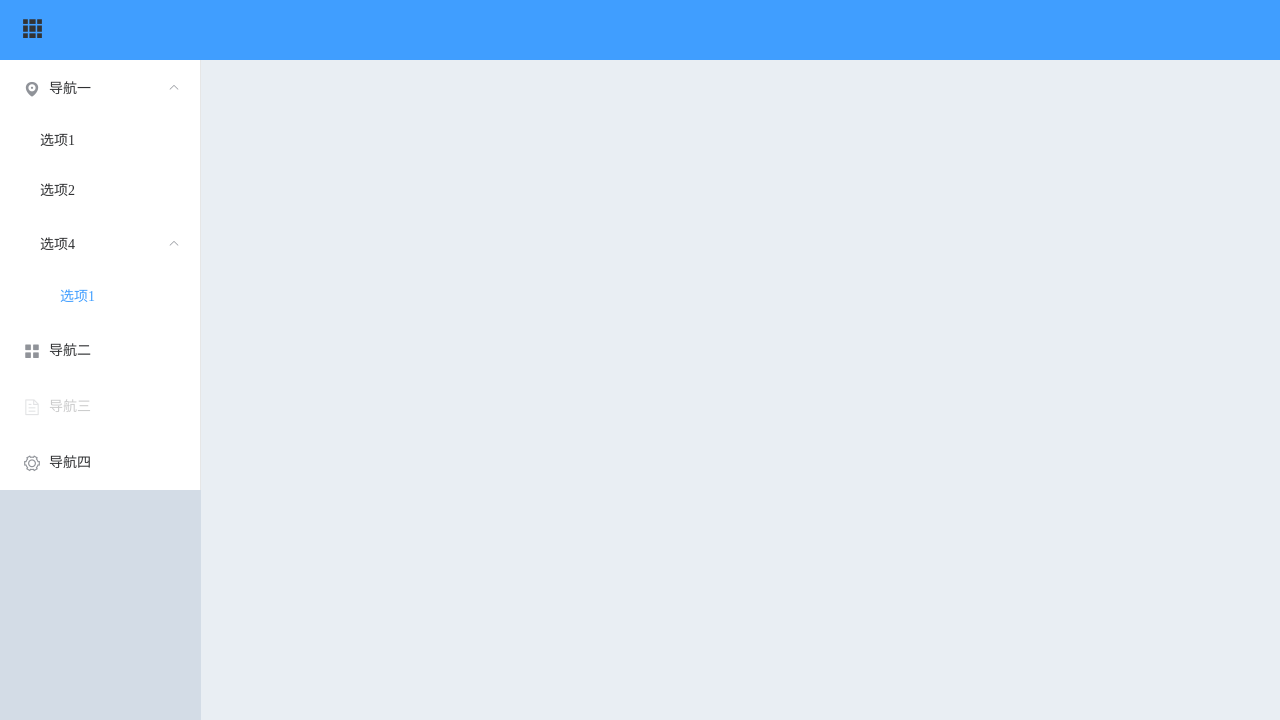
Repository: 960519152/elementui-demo-byf
Page: /
The author's editor kept a copy of each file at every save. The page is drawn from the files as they stood at one save, then again after the next save.
The browser window is 1280 px wide. The pictures show the whole page.
The project was rebuilt for these pictures with package versions that can differ from the ones it lists, and the page was loaded fresh each time. Also part of the build but not shown: src/components/HelloWorld.vue, src/components/Tx.vue, src/components/Tes.vue.

Above is the page before, as saved 2019-05-14 10:59:14.

### index.html
<!DOCTYPE html>
<html>

<head>
  <meta charset="utf-8">
  <meta name="viewport" content="width=device-width,initial-scale=1.0">
  <link rel="stylesheet" type="text/css" href="./static/css/base.css" />
  <title>vue-examine-backend</title>
</head>

<body style=" overflow-x: hidden;">
  <div id="app"></div>
  <!-- built files will be auto injected -->
</body>
</html>

### src/main.js
// The Vue build version to load with the `import` command
// (runtime-only or standalone) has been set in webpack.base.conf with an alias.
import Vue from 'vue'
import App from './App'
import router from './router' //路由
import ElementUI from 'element-ui'; //饿了么UI
import 'element-ui/lib/theme-chalk/index.css';  //饿了么UI

Vue.config.productionTip = false
Vue.use(ElementUI); //饿了么UI



/* eslint-disable no-new */
new Vue({
  el: '#app',
  router,
  components: { App },
  template: '<App/>'
})

### src/App.vue
<template>
  <div id="app">
    <router-view></router-view>
  </div>
</template>

<script>
  export default {
    name: 'app',
    methods: {

    }
  }

</script>

<style scoped lang="scss">
  #app {
    position: absolute;
    width: 100%;
    height: 100%;
  }
</style>

### src/router/index.js
import Vue from 'vue'
import Router from 'vue-router'
import HelloWorld from '@/components/HelloWorld'
import Home from '@/components/Home'
import Tx from '@/components/Tx'
import Tes from '@/components/Tes'

Vue.use(Router)

export default new Router({
  routes: [
    {
      path: '/',
      name: '主要菜单',
      component: Home,
      iconCls: 'el-icon-platform-eleme',
      children: [
        { path: '/Tx', component: Tx, name: '菜单1' },
        { path: '/Tes', component: Tes, name: '菜单2' }
      ]
    },
    {
      path: '/',
      name: 'HelloWorld',
      leaf: true,//只有一个节点
      component: Home,
      iconCls: 'el-icon-s-home',
      children: [
        { path: '/HelloWorld', component: HelloWorld, name: '单独的' },
      ]
    }
  ]
})

### src/components/Home.vue
<template>
  <div id="app">
    <el-container class="menu">
      <el-header class="header">
        <i class="el-icon-s-grid menumedia" @click="k"></i>
      </el-header>
      <el-container>
        <el-aside>
          <!-- <el-row class="tac">
            <el-col :span="24">
              <div class="div-logo">
                <img src="../../static/image/logo.png">
              </div>



              <el-menu :default-active="$route.path" class="el-menu-vertical-demo" unique-opened router v-show="true"
                @open="handleOpen" @close="handleClose" :collapse="isCollapse">
                <template v-for="(item,index) in $router.options.routes" v-if="!item.hidden">
                  <el-submenu :index="index+''" v-if="!item.leaf">
                    <template slot="title">
                      <i :class="item.iconCls"></i>
                      <span slot="title">{{item.name}}</span>
                    </template>
                    <el-menu-item v-for="child in item.children" :index="child.path" :key="child.path"
                      v-if="!child.hidden"> <span slot="title"> {{child.name}}</span></el-menu-item>
                  </el-submenu>
                  <el-menu-item v-if="item.leaf&&item.children.length==1" :index="item.children[0].path">
                    <i :class="item.iconCls"></i>
                    <span slot="title"> {{item.children[0].name}}</span>
                  </el-menu-item>
                </template>
              </el-menu>
            </el-col>
          </el-row> -->
          <el-menu default-active="1-4-1" class="el-menu-vertical-demo" @open="handleOpen" @close="handleClose" router :collapse="isCollapse">
  <el-submenu index="1">
    <template slot="title">
      <i class="el-icon-location"></i>
      <span slot="title">导航一</span>
    </template>
     <el-menu-item index="1-1">选项1</el-menu-item>
     <el-menu-item index="1-2">选项2</el-menu-item>
    <el-submenu index="1-4">
      <span slot="title">选项4</span>
      <el-menu-item index="1-4-1">选项1</el-menu-item>
    </el-submenu>
  </el-submenu>
  <el-menu-item index="2">
    <i class="el-icon-menu"></i>
    <span slot="title">导航二</span>
  </el-menu-item>
  <el-menu-item index="3" disabled>
    <i class="el-icon-document"></i>
    <span slot="title">导航三</span>
  </el-menu-item>
  <el-menu-item index="4">
    <i class="el-icon-setting"></i>
    <span slot="title">导航四</span>
  </el-menu-item>
</el-menu>
        </el-aside>
        <el-main>
          <router-view></router-view>
        </el-main>
      </el-container>
    </el-container>
  </div>
</template>

<script>
  export default {
    name: "Home",
    data() {
      return {
        isCollapse: false
      }
    },
    methods: {
      handleOpen(key, keyPath) {
        console.log(key, keyPath);
      },
      handleClose(key, keyPath) {
        console.log(key, keyPath);
      },
      k(){
        if(this.isCollapse){
          this.isCollapse=false
        }else{
          this.isCollapse=true
        }
      }
    },
    watch:{
      isCollapse(){
        console.log(this.isCollapse);
      }
    }
  };

</script>

<style scoped lang="scss">
  @import "../../static/css/base.scss";

  .menu {
    width: 100%;
    height: 100%;
  }

  .div-logo {
    width: 100%;
    height: 135px;

    img {
      width: 45%;
    }
  }

  .header {
    font-size: 25px;
    text-align: left !important;
  }

  // .left-aside {
  //   width: 200px !important;
  //   overflow-x: hidden;
  // }

  .el-header,
  .el-footer {
    background-color: #b3c0d1;
    color: #333;
    text-align: center;
    line-height: 60px;
  }

  .el-aside {
    background-color: #d3dce6;
    color: #333;
    text-align: center;
    line-height: 200px;
  }

  .el-main {
    background-color: #e9eef3;
    color: #333;
    text-align: center;
    line-height: 160px;
  }

  body>.el-container {
    margin-bottom: 40px;
  }

  .el-container:nth-child(5) .el-aside,
  .el-container:nth-child(6) .el-aside {
    line-height: 260px;
  }

  .el-container:nth-child(7) .el-aside {
    line-height: 320px;
  }

  .el-submenu {
    text-align: left;
    // padding-left: 10px;
  }

  .el-menu-item {
    text-align: left;
    // padding-left: 30px !important;
  }
  .el-submenu__icon-arrow ,.el-icon-arrow-down{
    position: absolute !important;
    right: 4% !important;
  }

  // i {
  //   vertical-align: text-bottom !important;
  // }
  .el-aside{
    width: auto !important;
  }

  @media screen and (min-width: $smallSize) {
    .header {
      background:#409EFF;

      i {
        display: inline;
      }
    }
  }

  @media screen and (max-width: $smallSize) {
    .header {
      background: #409EFF;

      i {
        display: inline;
      }
    };
  }

  @media screen and (max-width: $smallSize) {
    // .el-aside{
    //   left: -100%;
    //   position: relative;
    // }
  }

</style>

### static/css/base.scss
$smallSize: 700px;



body {
    height: 100%;
    width: 100%;
    margin: 0;
    padding: 0;
    font-size: 16px;
    overflow-x: hidden;
  }

### static/css/base.css
body {
    height: 100%;
    width: 100%;
    margin: 0;
    padding: 0;
    font-size: 16px;
    overflow-x: hidden;
  }

After the next save:
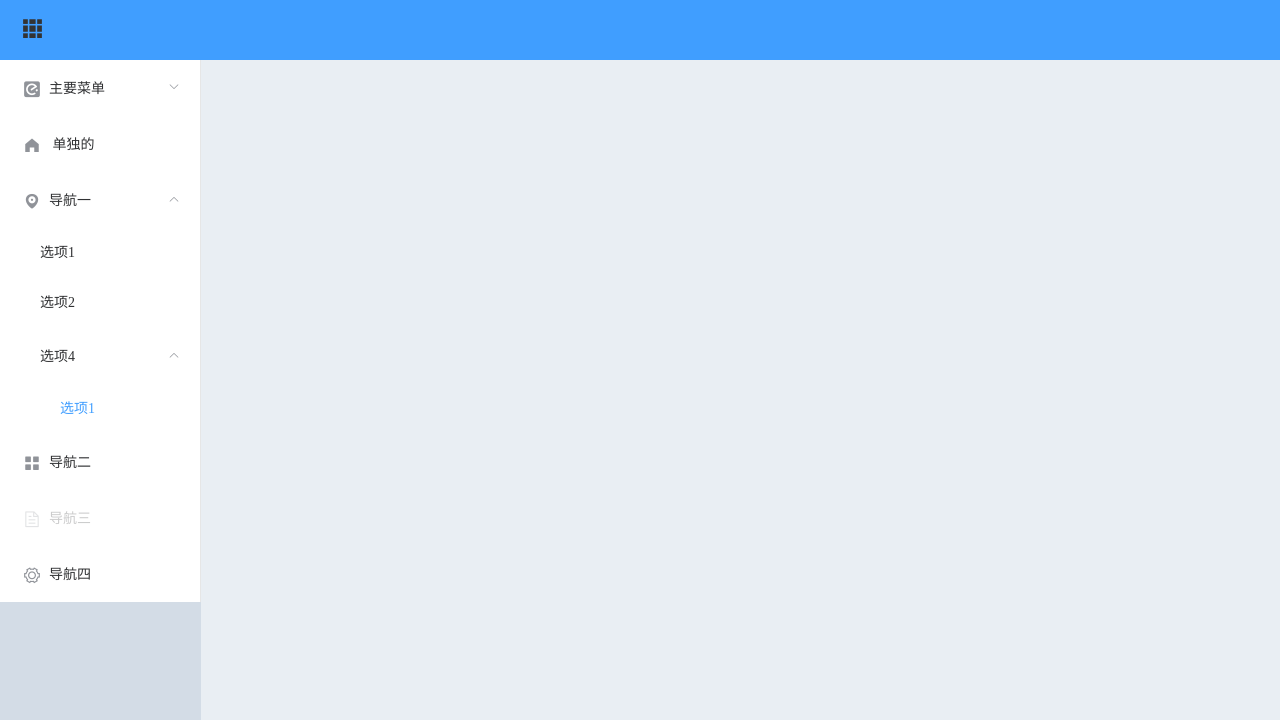
Saved 3 min 40 s later.
--- a/src/components/Home.vue
+++ b/src/components/Home.vue
@@ -6,11 +6,11 @@
       </el-header>
       <el-container>
         <el-aside>
-          <!-- <el-row class="tac">
+          <el-row class="tac">
             <el-col :span="24">
-              <div class="div-logo">
+              <!-- <div class="div-logo">
                 <img src="../../static/image/logo.png">
-              </div>
+              </div> -->
 
 
 
@@ -32,7 +32,7 @@
                 </template>
               </el-menu>
             </el-col>
-          </el-row> -->
+          </el-row>
           <el-menu default-active="1-4-1" class="el-menu-vertical-demo" @open="handleOpen" @close="handleClose" router :collapse="isCollapse">
   <el-submenu index="1">
     <template slot="title">
